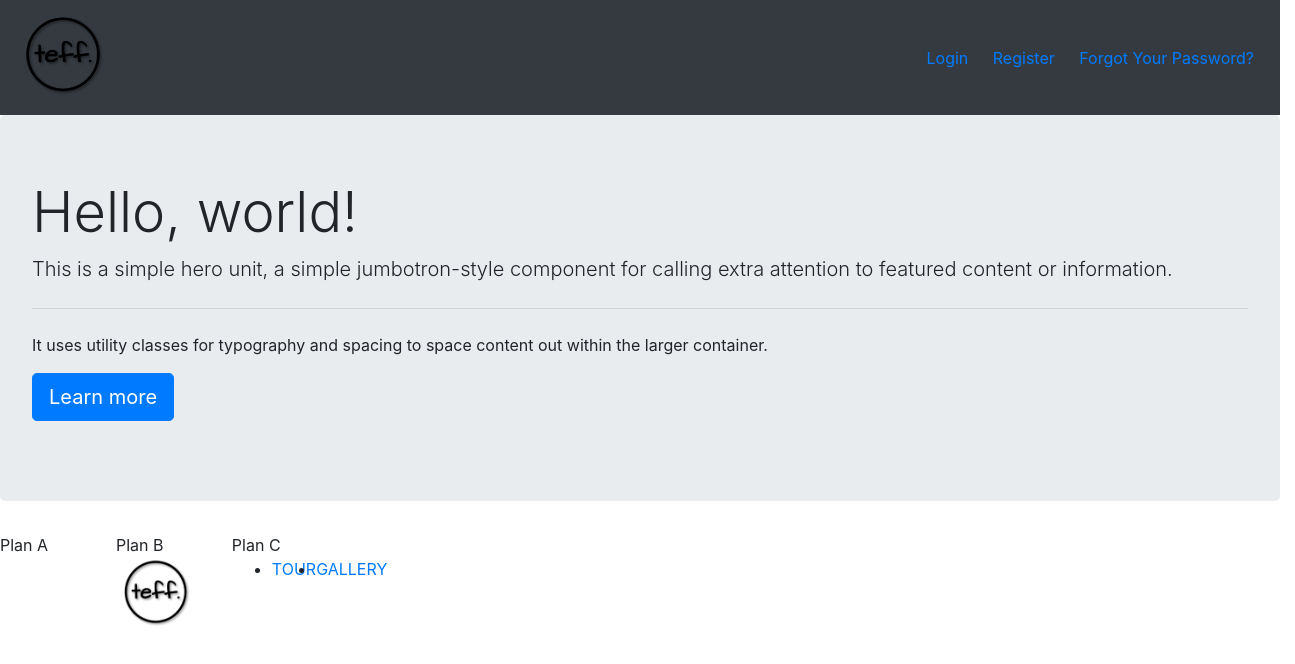
Repository: SamLookingGlass/FullStackDevelopment-Project
Page: http://localhost/
The author's editor kept a record of every edit. The page is drawn from the files as they stood at one moment, then again after the next edit.
The browser window is 1280 px wide. The page is 1295 px wide, so the pictures cover 1295 px, including what lies to the right of the window. The pictures show the whole page.
The page is served by the project's application, run on Django 2.2 (manage.py).

Above is the page before.

After the next edit:
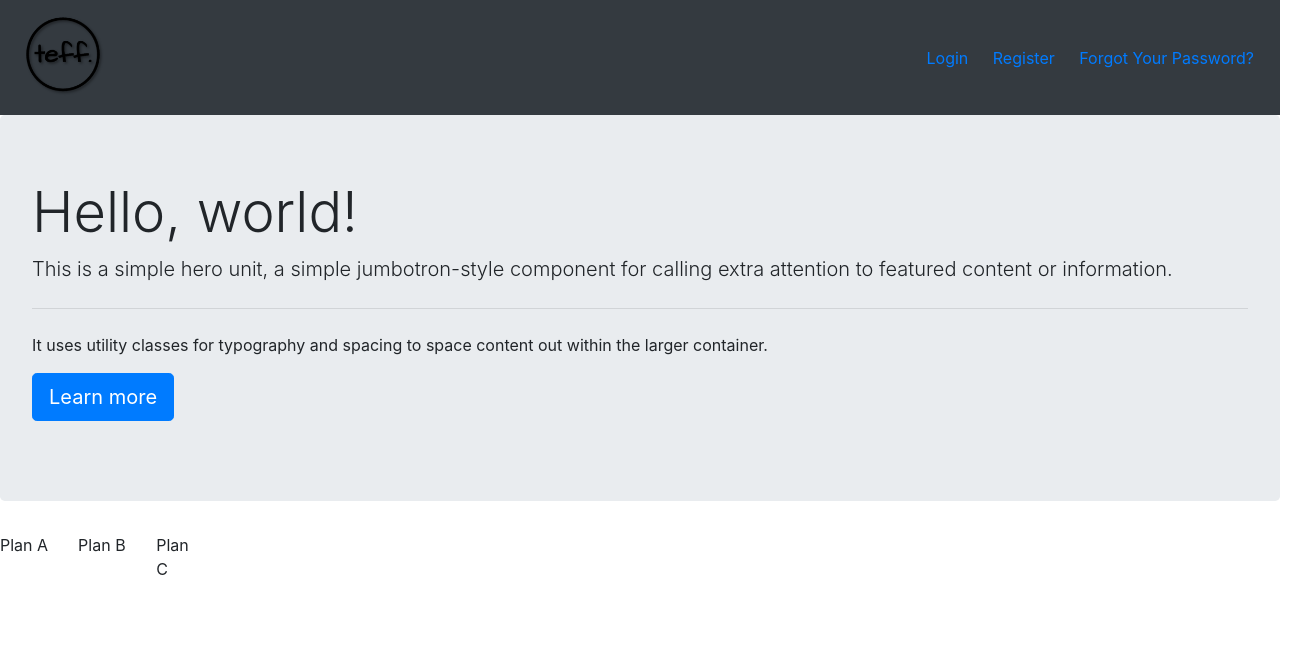
The edit:
--- a/accounts/templates/index.html
+++ b/accounts/templates/index.html
@@ -28,15 +28,8 @@
                 <div class="col-md-4 navnew navleft d-flex justify-content-end">
                 </div>
                 <div class="col-md-4 d-lg-flex justify-content-center">
-                    <a class="" href="home.html">
-                     <img id="navlogo" class="img-fluid" src="images/logo/logo.png" alt="Quests Logo">
-                </a>
                 </div>
                 <div class="col-md-4 d-lg-flex justify-content-start">
-                    <ul class="d-flex">
-                        <li><a href="tour.html">TOUR</a></li>
-                        <li><a href="gallery.html">GALLERY</a></li>
-                    </ul>
                 </div>
             </div>
         </div>
